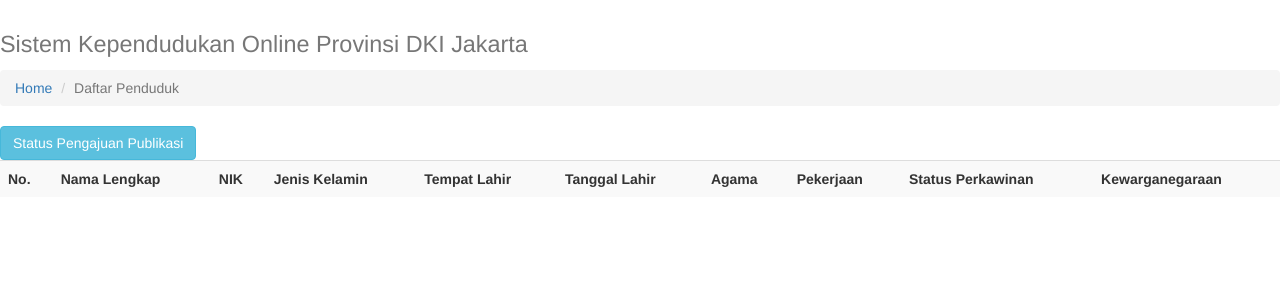
Repository: apap-2017/tugas1_1406544135
Page: http://localhost/list-penduduk
The author's editor kept a copy of each file at every save. The page is drawn from the files as they stood at one save, then again after the next save.
The browser window is 1280 px wide. The pictures show the whole page.
The page is this project's Thymeleaf template; nobody is signed in. The template is opened directly, without the code that normally fills it, so the values that code supplies are empty.

Above is the page before, as saved 2017-10-20 05:14:40.

After the next save:
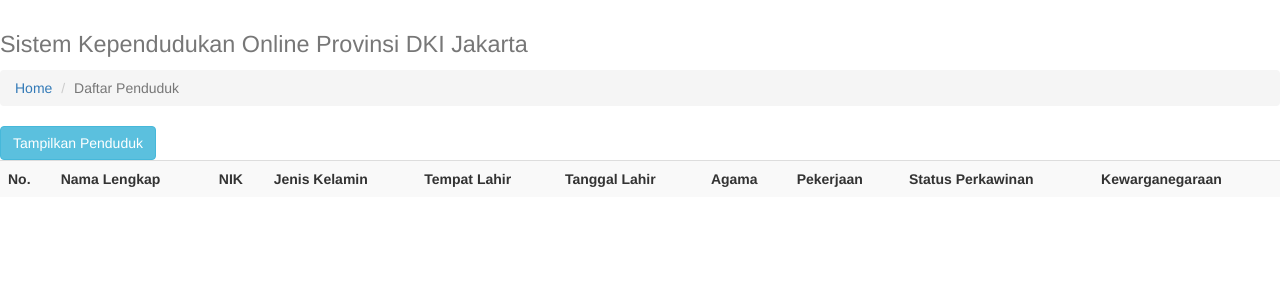
Saved 23 s later.
--- a/Tugas1_1406544135/src/main/resources/templates/list-penduduk.html
+++ b/Tugas1_1406544135/src/main/resources/templates/list-penduduk.html
@@ -15,7 +15,7 @@
 				<li class="active">Daftar Penduduk</li>
 			</ol>
 		</section>
-		<button type="button" class="btn btn-info btn-flat">Status Pengajuan Publikasi</button>
+		<button type="button" class="btn btn-info btn-flat">Tampilkan Penduduk</button>
 		<table class="table table-striped">
 				<tbody>
 						<tr>
